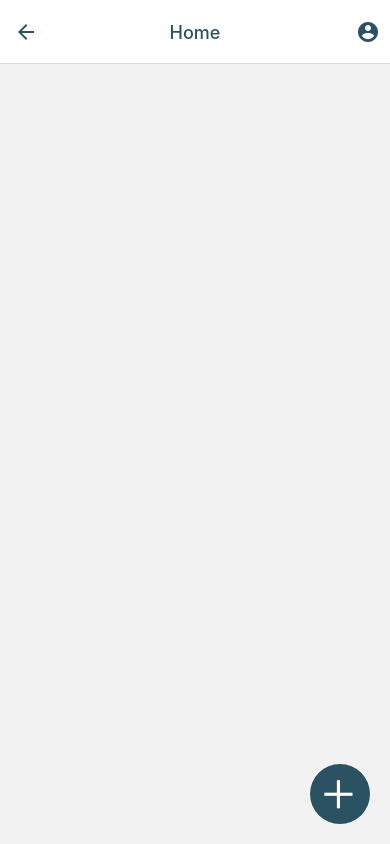
Repository: SaudCh/Expo-Pethub
Screen: /Home
An editor plug-in stored every save of this project. The screen is shown before and after the next save, followed by the edit.
The app was drawn by React Native's web renderer in a window 390 px wide. The project was rebuilt for these pictures with package versions that can differ from the ones it lists, and the page was loaded fresh each time. Some packages were replaced by stand-ins written for this rebuild. Also part of the build but not shown: Screens/Signup.js, Screens/Profile.js, Screens/UpdateProfile.js, Screens/ForgetPassword.js, Screens/Add.js.

Above is the screen before, as saved 2022-11-15 00:57:34.

After the next save:
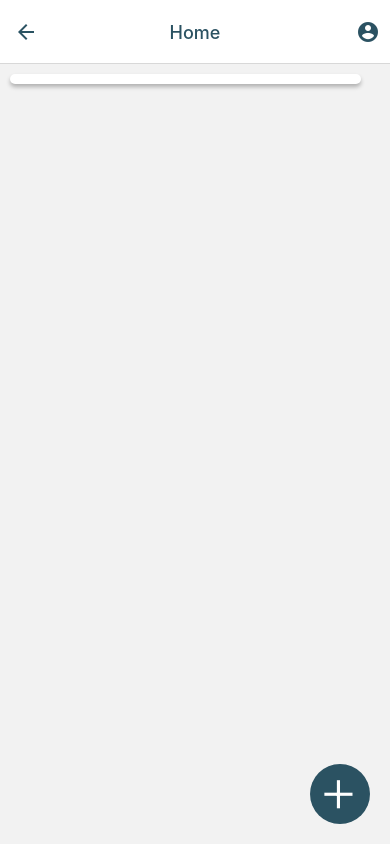
Saved 6 s later.
--- a/Screens/Card.js
+++ b/Screens/Card.js
@@ -14,6 +14,7 @@ export default function Card() {
 const styles = StyleSheet.create({
     card: {
         width: '90%',
+        padding: 5,
         backgroundColor: '#fff',
         borderRadius: 10,
         margin: 10,
